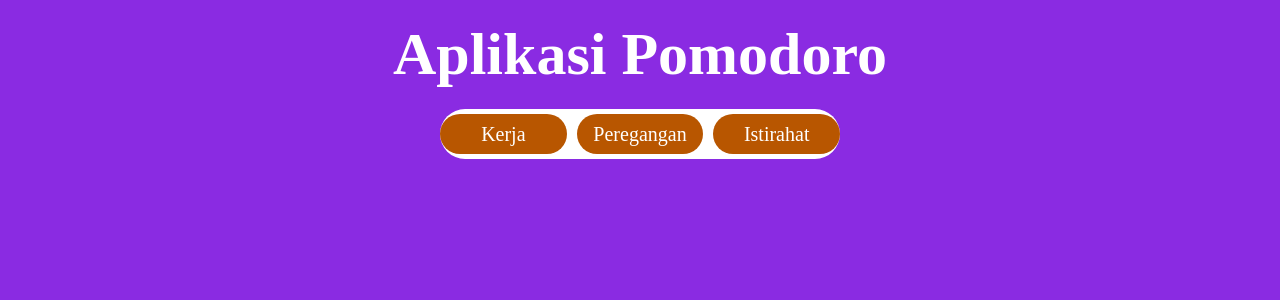
Repository: sellayspy/aplikasiPomodoro
Page: /
These files come from the project's save history. The page is drawn as it stood at one moment and after the next save; the edit follows.
The browser window is 1280 px wide. The pictures show the whole page.
The project was rebuilt for these pictures with package versions that can differ from the ones it lists, and the page was loaded fresh each time. Also part of the build but not shown: vite.config.js.

Above is the page before, as saved 2024-11-25 13:13:22.

### index.html
<!DOCTYPE html>
<html lang="en">
  <head>
    <meta charset="UTF-8" />
    <link rel="icon" type="image/svg+xml" href="/vite.svg" />
    <meta name="viewport" content="width=device-width, initial-scale=1.0" />
    <title>Aplikasi Pomodoro</title>
  </head>
  <body>
    <div id="root"></div>
    <script type="module" src="/src/main.jsx"></script>
  </body>
</html>

### src/main.jsx
import { StrictMode } from "react";
import { createRoot } from "react-dom/client";
import { createGlobalStyle, ThemeProvider } from "styled-components";
import App from "./App.jsx";

const GlobalStyle = createGlobalStyle`

*{
  margin: 0;
  padding: 0;
  box-sizing: border-box;
}

  html,body{
    background-color: blueviolet;
    font-size: 62.5%;
  }

  body{
    font-size: 1.6rem;
    color: white;
  }

`;

createRoot(document.getElementById("root")).render(
  <StrictMode>
    <GlobalStyle />
    <App />
  </StrictMode>
);

### src/App.jsx
import styled from "styled-components";
import Judul from "./components/Judul";

function App() {
  return (
    <>
      <Title>Aplikasi Pomodoro</Title>
      <Judul />
    </>
  );
}

export default App;

const Title = styled.h1`
  font-size: 6rem;
  padding: 2rem 0;
  text-align: center;
`;

### src/components/Judul.jsx
import styled from "styled-components";

const Judul = () => {
  return (
    <JudulContainer>
      {["Kerja", "Peregangan", "Istirahat"].map((tag, i) => (
        <Tag key={i}>{tag}</Tag>
      ))}
    </JudulContainer>
  );
};

export default Judul;

const JudulContainer = styled.div`
  background: white;
  height: 5rem;
  width: 40rem;
  margin: 0 auto;
  border-radius: 5rem;
  display: flex;
  gap: 1rem;
  align-items: center;
`;

const Tag = styled.button`
  all: unset;
  height: 4rem;
  text-align: center;
  border-radius: 5rem;
  flex: 1;
  font-size: 2rem;
  background: #b85600;
`;

After the next save:
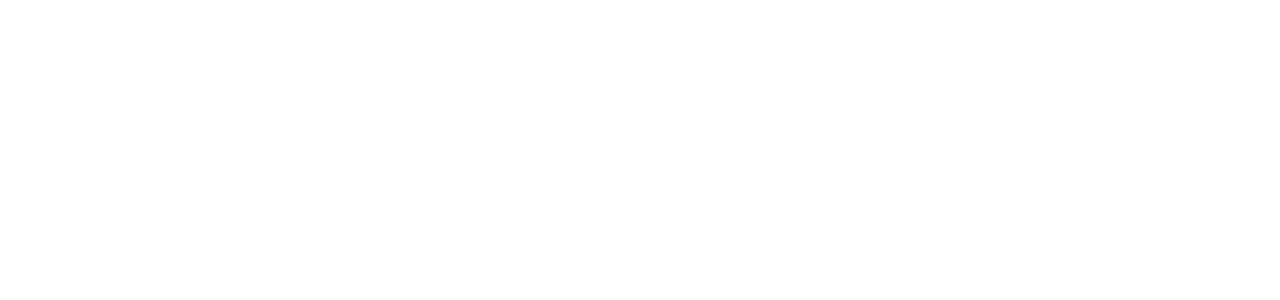
Console error (its wording comes from the project's code and is left out).
Saved 76 s later.
--- a/src/main.jsx
+++ b/src/main.jsx
@@ -25,7 +25,9 @@
 
 createRoot(document.getElementById("root")).render(
   <StrictMode>
-    <GlobalStyle />
-    <App />
+    <ThemeProvider>
+      <GlobalStyle />
+      <App />
+    </ThemeProvider>
   </StrictMode>
 );

After the save that followed:
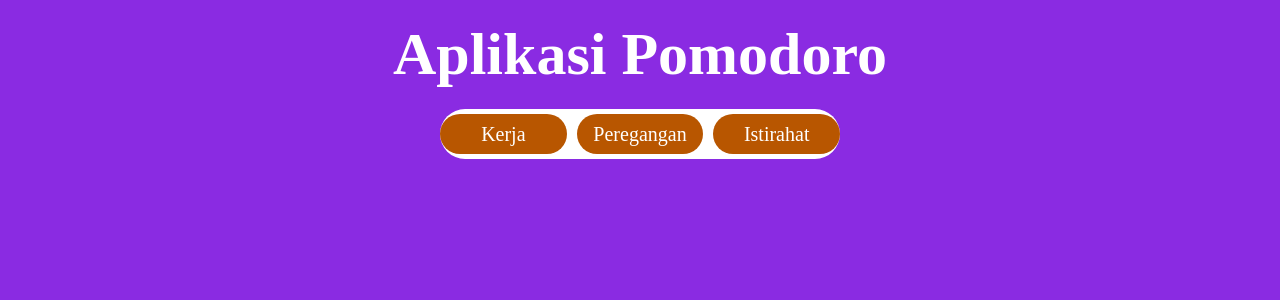
The error is gone.
Saved 31 s later.
--- a/src/main.jsx
+++ b/src/main.jsx
@@ -25,9 +25,7 @@
 
 createRoot(document.getElementById("root")).render(
   <StrictMode>
-    <ThemeProvider>
-      <GlobalStyle />
-      <App />
-    </ThemeProvider>
+    <GlobalStyle />
+    <App />
   </StrictMode>
 );
